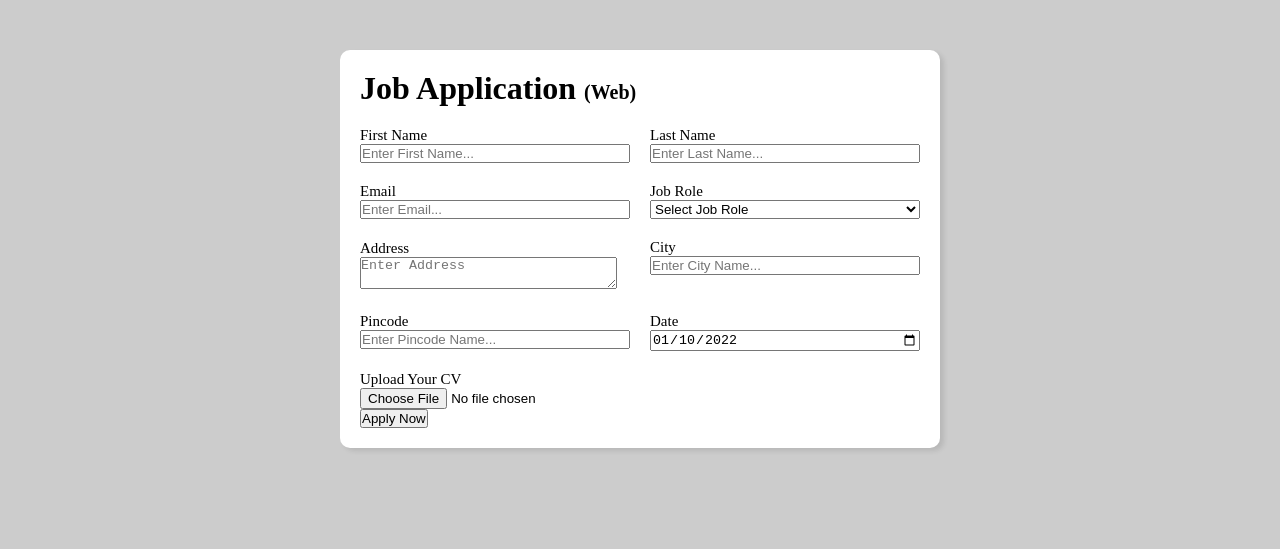
Repository: diensy/JOB-APPLICATION
Page: index.html
These files come from the project's save history. The page is drawn as it stood at one moment and after the next save; the edit follows.
The browser window is 1280 px wide. The pictures show the whole page.

Above is the page before, as saved 2024-02-27 22:29:34.

### index.html
<!DOCTYPE html>
<html lang="en">
  <head>
    <meta charset="UTF-8" />
    <meta http-equiv="X-UA-Compatible" content="IE=edge" />
    <meta name="viewport" content="width=device-width, initial-scale=1.0" />
    <title>Job Application Form</title>
    <link rel="stylesheet" href="Job_Application.css" />
  </head>
  <body>
    <div class="container">
      <div class="apply_box">
        <h1>
          Job Application
          <span class="title_small">(Web)</span>
        </h1>
        <form action="">
          <div class="form_container">
            <div class="form_control">
              <label for="first_name"> First Name </label>
              <input
                id="first_name"
                name="first_name"
                placeholder="Enter First Name..."
              />
            </div>
            <div class="form_control">
              <label for="last_name"> Last Name </label>
              <input
                id="last_name"
                name="last_name"
                placeholder="Enter Last Name..."
              />
            </div>
            <div class="form_control">
              <label for="email"> Email </label>
              <input
                type="email"
                id="email"
                name="email"
                placeholder="Enter Email..."
              />
            </div>
            <div class="form_control">
              <label for="job_role"> Job Role </label>
              <select id="job_role" name="job_role">
                <option value="">Select Job Role</option>
                <option value="frontend">Frontend Developer</option>
                <option value="backend">Backend Developer</option>
                <option value="full_stack">Full Stack Developer</option>
                <option value="ui_ux">UI UX Designer</option>
              </select>
            </div>
            <div class="textarea_control">
              <label for="address"> Address </label>
              <textarea
                id="address"
                name="address"
                row="4"
                cols="30"
                placeholder="Enter Address"
              ></textarea>
            </div>
            <div class="form_control">
              <label for="city"> City </label>
              <input id="city" name="city" placeholder="Enter City Name..." />
            </div>
            <div class="form_control">
              <label for="pincode"> Pincode </label>
              <input
                type="number"
                id="pincode"
                name="pincode"
                placeholder="Enter Pincode Name..."
              />
            </div>
            <div class="form_control">
              <label for="date"> Date </label>
              <input value="2022-01-10" type="date" id="date" name="date" />
            </div>
            <div class="form_control">
              <label for="upload"> Upload Your CV </label>
              <input type="file" id="upload" name="upload" />
            </div>
          </div>
          <div class="button_container">
            <button type="submit">Apply Now</button>
          </div>
        </form>
      </div>
    </div>
  </body>
</html>

### Job_Application.css
* {
  margin: 0;
  padding: 0;
  box-sizing: border-box;
}

body {
  background-color: #ccc;
}
.container {
  max-width: 900px;
  margin: 0 auto;
}

.apply_box {
  max-width: 600px;
  padding: 20px;
  background-color: white;
  margin: 0 auto;
  margin-top: 50px;
  box-shadow: 4px 3px 5px rgba(1, 1, 1, 0.1);
  border-radius: 10px;
}

.title_small {
  font-size: 20px;
}

.form_container {
  margin-top: 20px;
  margin-top: 20px;
  display: grid;
  grid-template-columns: repeat(auto-fit, minmax(200px, 1fr));
  gap: 20px;
}
.form_control {
  display: flex;
  flex-direction: column;
}
label {
  font-size: 15px;
}

After the next save:
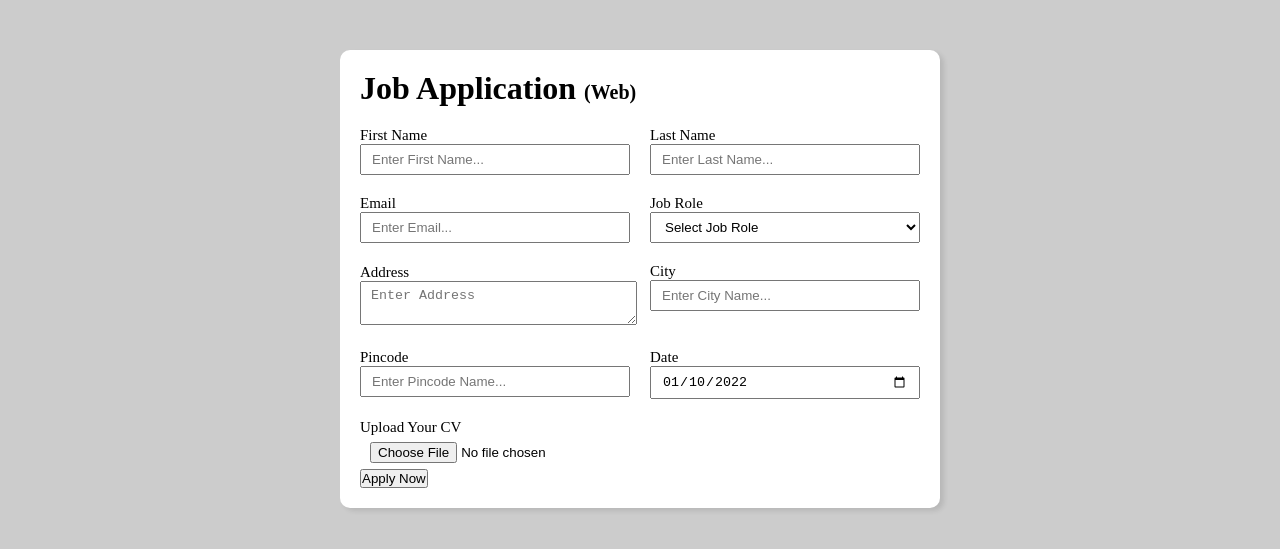
Saved 69 s later.
--- a/Job_Application.css
+++ b/Job_Application.css
@@ -40,3 +40,8 @@ body {
 label {
   font-size: 15px;
 }
+input,
+select,
+textarea {
+  padding: 6px 10px;
+}
